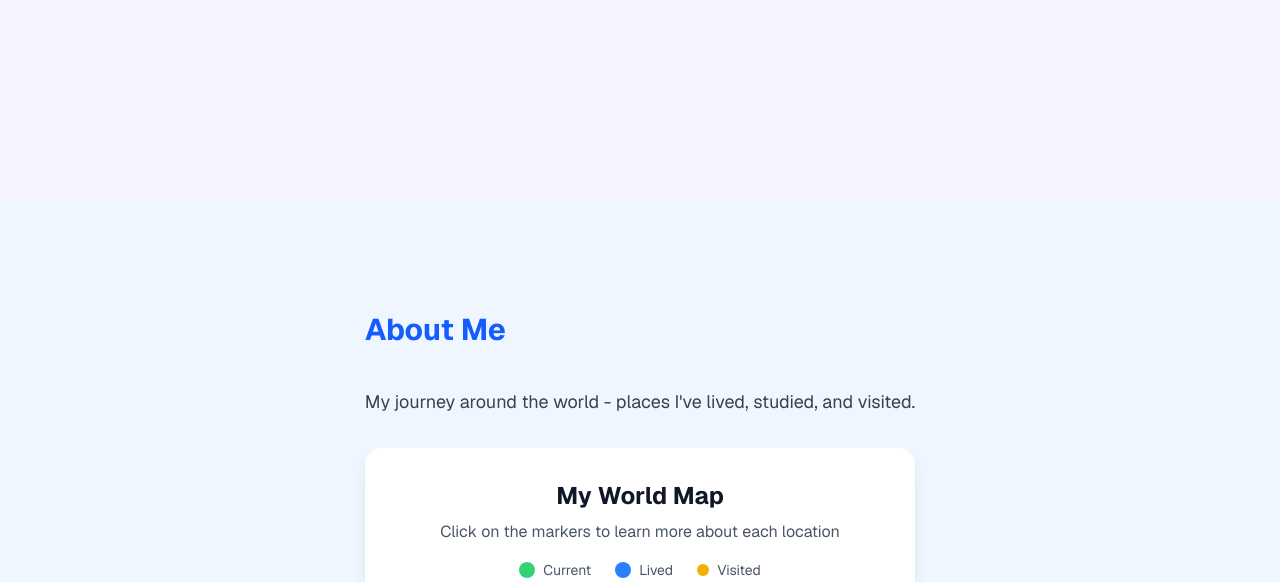
Repository: winniewyl/personal-portfolio
Page: /
The author's editor kept a copy of each file at every save. The page is drawn from the files as they stood at one save, then again after the next save.
The browser window is 1280 px wide. The pictures show the part of the page from y = 601 to 1183 px (the page is 4237 px tall before and 4205 px after).
Pictures or frames that could not be fetched are drawn as grey boxes. The project was rebuilt for these pictures with package versions that can differ from the ones it lists, and the page was loaded fresh each time. The framework's server and built-in components were replaced by stand-ins that run in the browser. Also part of the build but not shown: next.config.ts.

Above is the page before, as saved 2025-07-29 19:49:11.

After the next save:
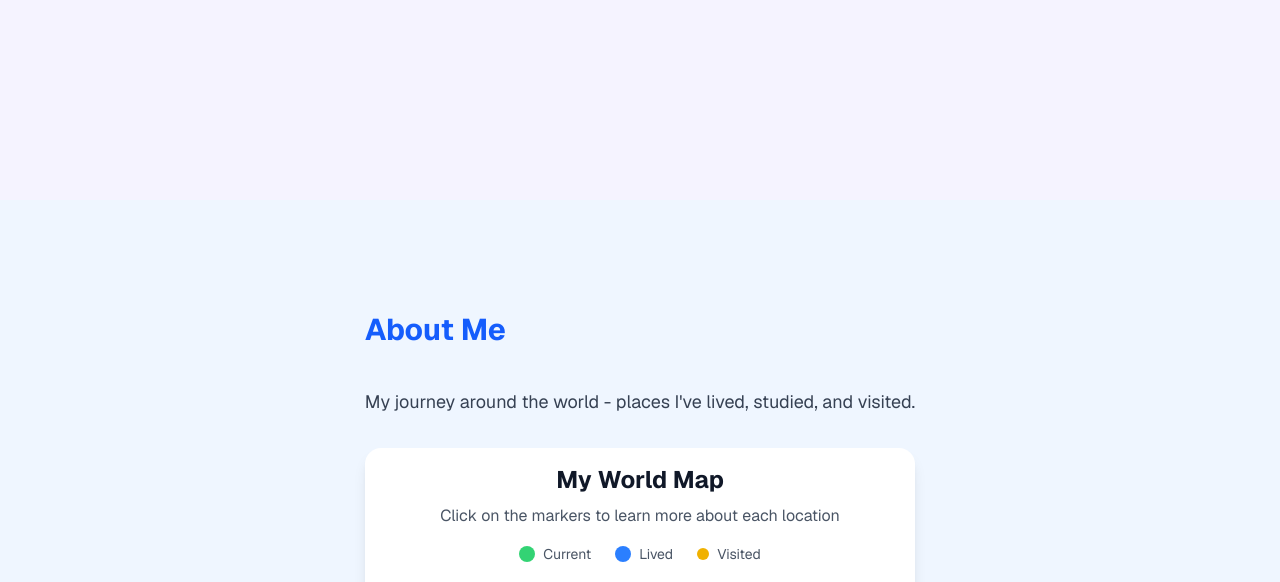
Saved 80 s later.
--- a/src/components/About.tsx
+++ b/src/components/About.tsx
@@ -261,7 +261,7 @@ const About: React.FC = () => {
       </p>
 
       {/* Interactive World Map */}
-      <div className="relative bg-white dark:bg-[#232336] rounded-2xl shadow-lg p-8">
+      <div className="relative bg-white dark:bg-[#232336] rounded-2xl shadow-lg p-4">
         <div className="text-center mb-6">
           <h3 className="text-2xl font-bold text-gray-900 dark:text-white mb-2">
             My World Map
